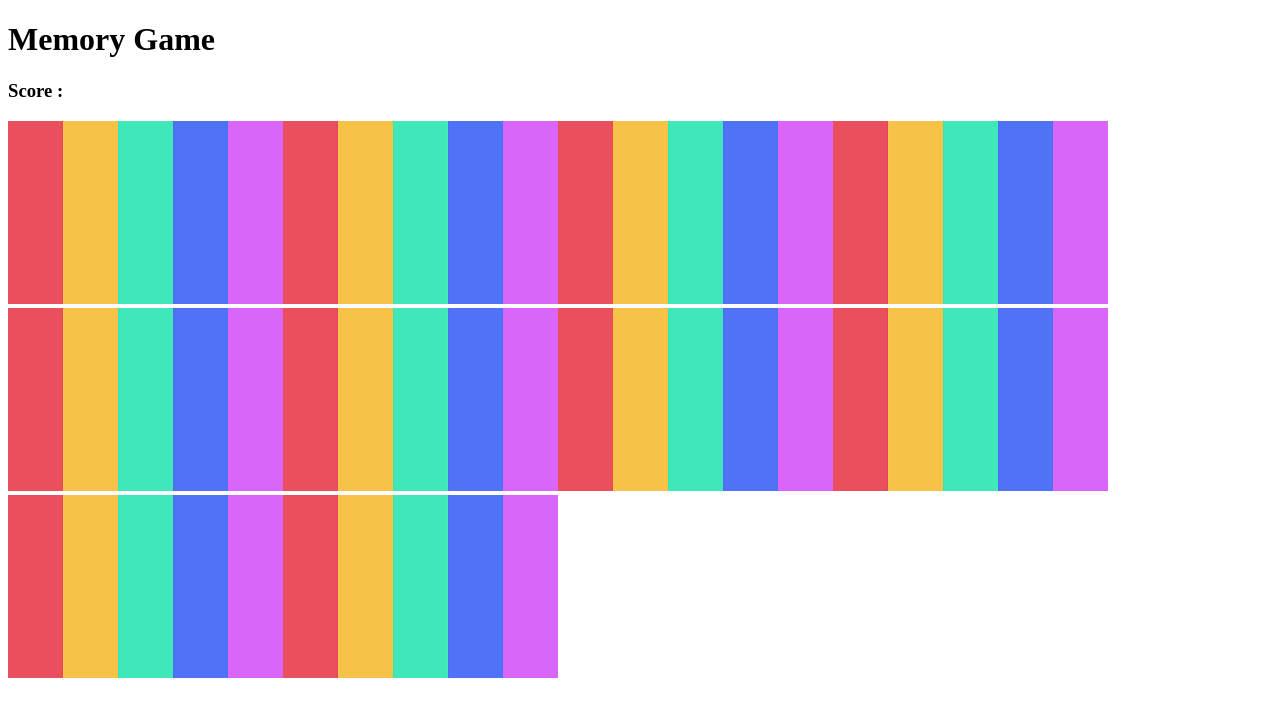
Repository: divyaravada/javascript-games
Page: memory-game/memorygame.html
These files come from the project's save history. The page is drawn as it stood at one moment and after the next save; the edit follows.
The browser window is 1280 px wide. The pictures show the whole page.

Above is the page before, as saved 2022-03-15 14:44:34.

After the next save:
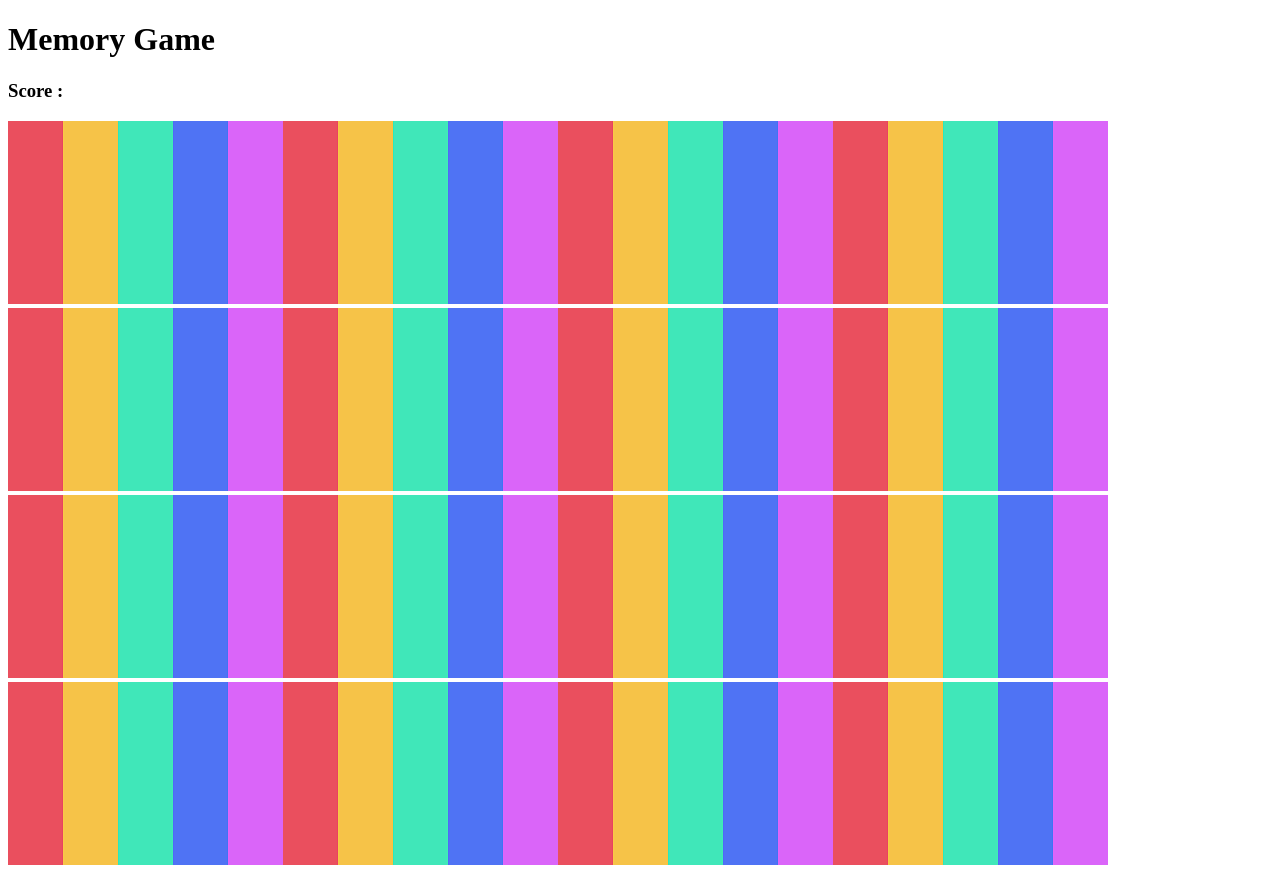
Saved 34 s later.
--- a/memory-game/memory.js
+++ b/memory-game/memory.js
@@ -70,7 +70,7 @@ cardArray.sort(() => 0.5 - Math.random());
 const gridDisplay = document.querySelector("#grid");
 
 function createBoard() {
-  for (let i = 0; i < 10; i++) {
+  for (let i = 0; i < 16; i++) {
     const card = document.createElement("img");
     card.setAttribute("src", "images/rainbow.png");
     card.setAttribute("data-id", i);
